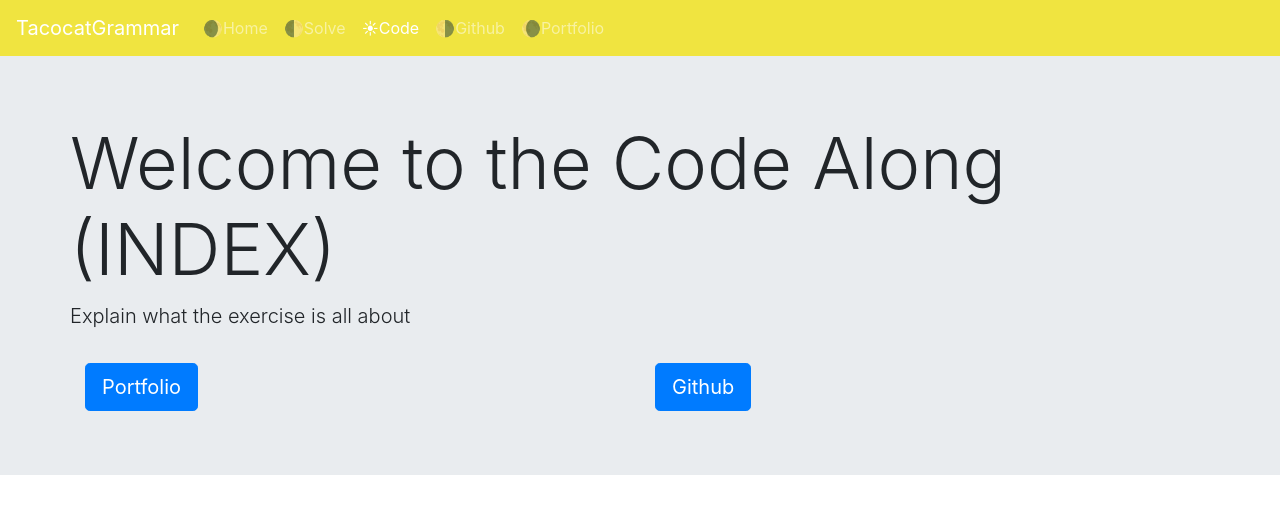
Repository: zhadjah9559/TacocatGrammar
Page: index.html
An editor plug-in stored every save of this project. The page is shown before and after a run of saves, followed by the edit.
The browser window is 1280 px wide. The pictures show the whole page.

Above is the page before, as saved 2021-01-14 19:45:26.

After the next 2 saves:
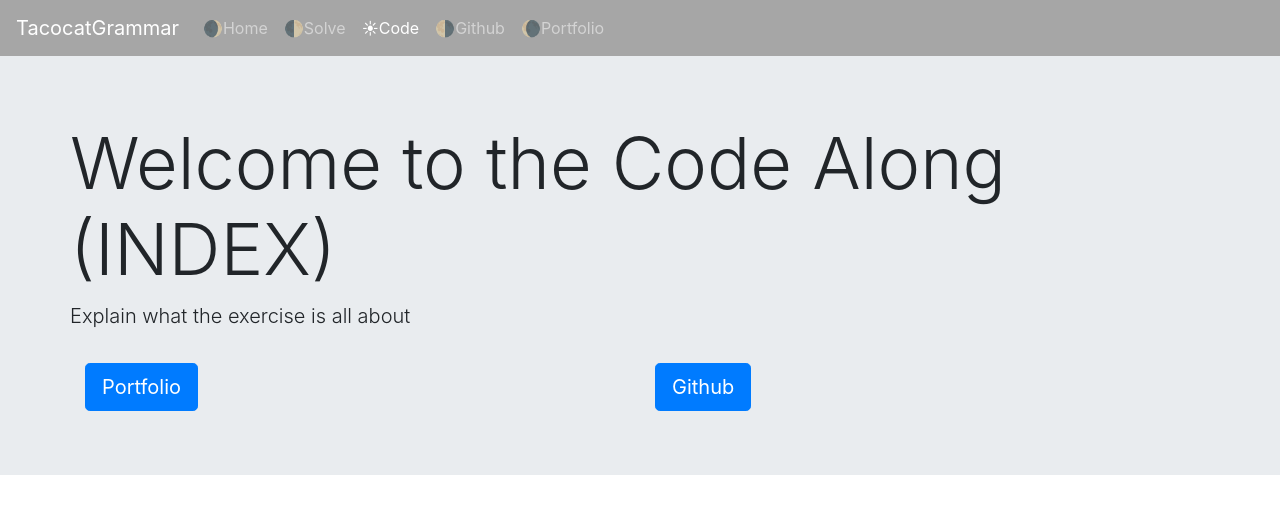
The 2 saves are shown as one change because they came seconds apart.
The last was saved 18 s later.
--- a/index.html
+++ b/index.html
@@ -11,7 +11,7 @@
   </head>
   <body>
 
-    <nav class="navbar navbar-expand-sm navbar-dark" style="background-color:  #F0E440;">
+    <nav class="navbar navbar-expand-sm navbar-dark" style="background-color:  #A6A6A6">
         <a class="navbar-brand" href="#">TacocatGrammar</a>
         <button class="navbar-toggler d-lg-none" type="button" data-toggle="collapse" data-target="#collapsibleNavId" aria-controls="collapsibleNavId"
             aria-expanded="false" aria-label="Toggle navigation"></button>
